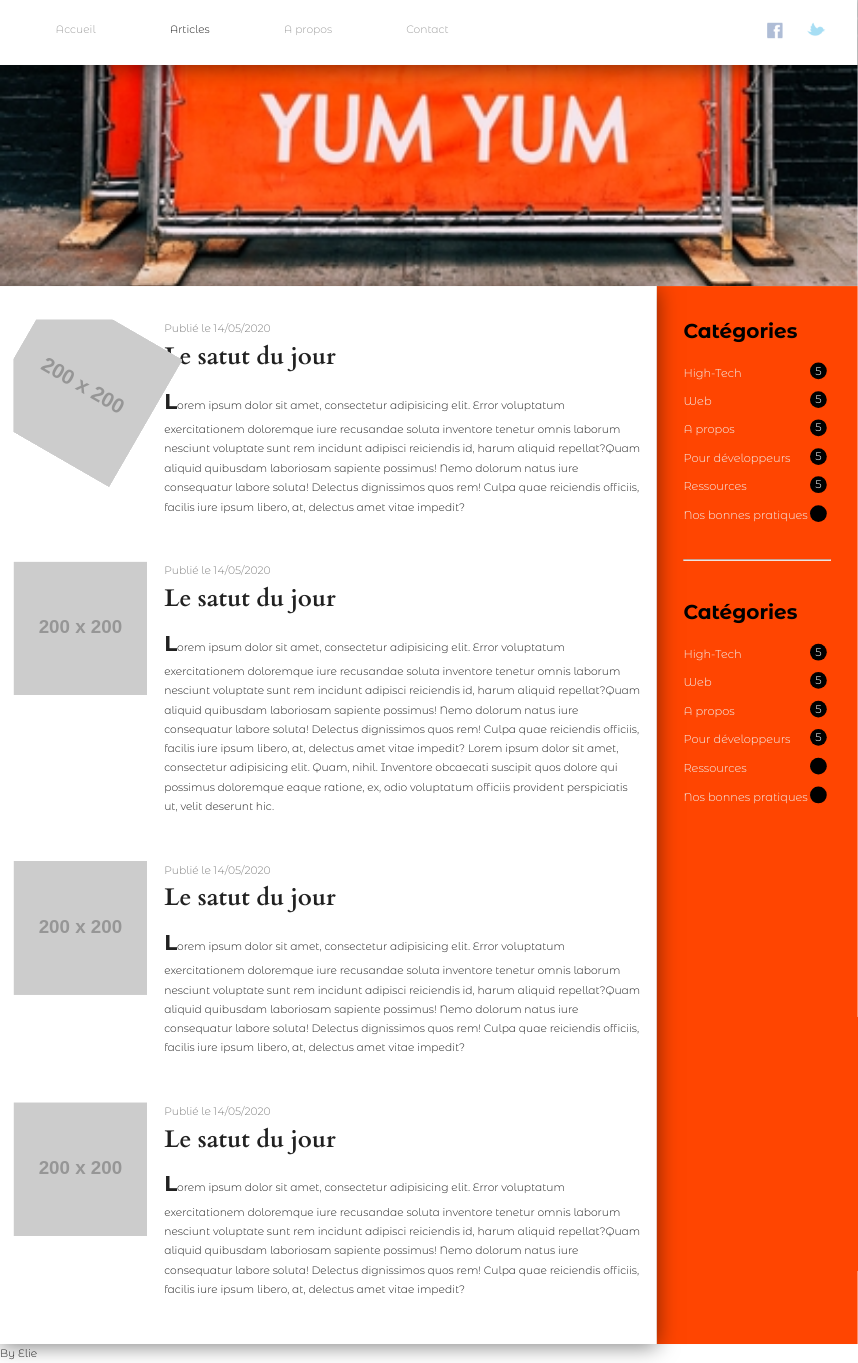
Repository: Elie-Dey/blog-train
Page: index.html
These files come from the project's save history. The page is drawn as it stood at one moment and after the next save; the edit follows.
The browser window is 1280 px wide. The pictures show the whole page, at 67% of full size.
The pointer rests on the first visible `.article-img`.

Above is the page before, as saved 2020-06-19 00:02:58.

After the next save:
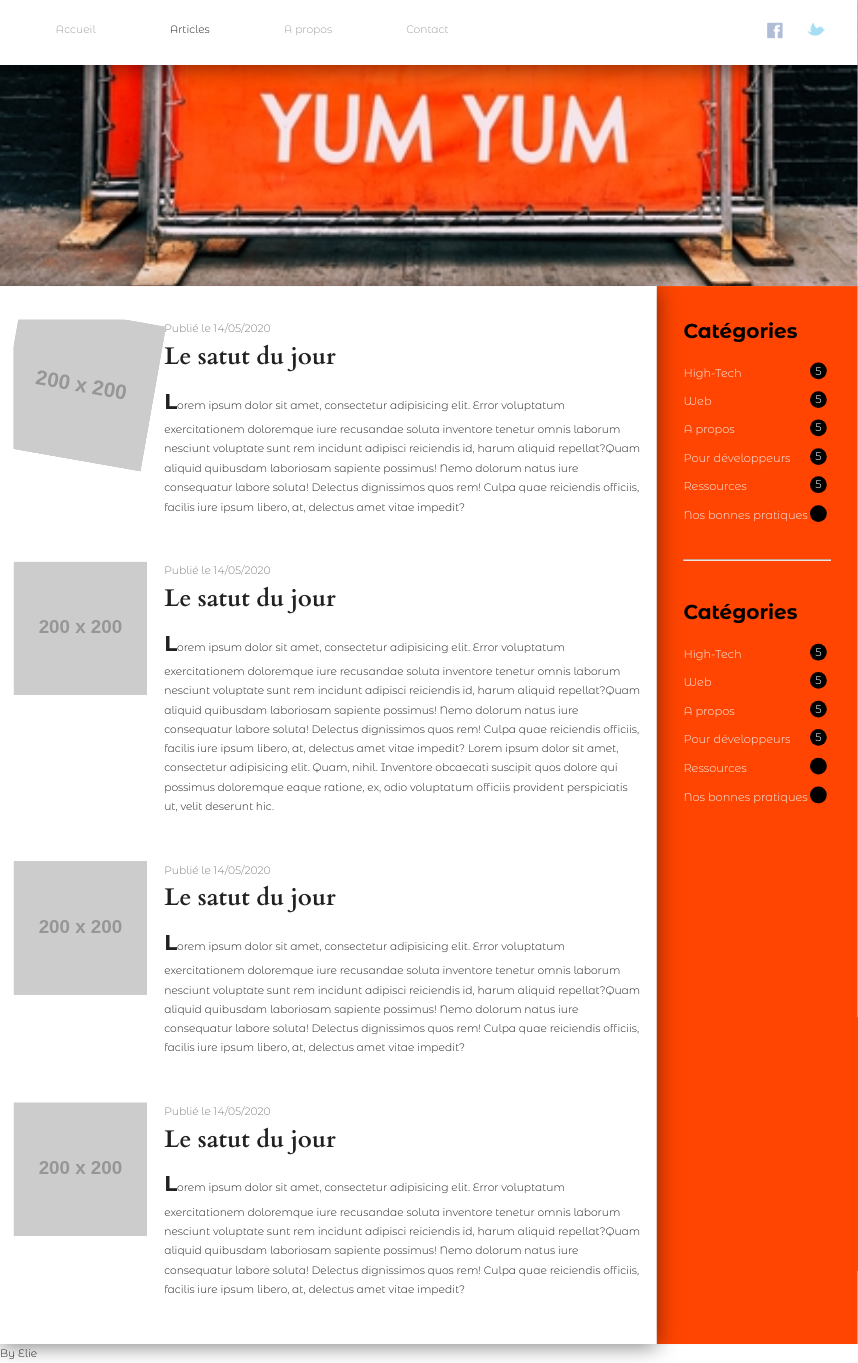
Saved 17 s later.
--- a/style.css
+++ b/style.css
@@ -218,7 +218,7 @@ body, html
 }
 .article-img:hover
 {
-    transform: scale(1.1) rotate(30deg);
+    transform: scale(1.1) rotate(10deg);
 }
 
 .article-title
